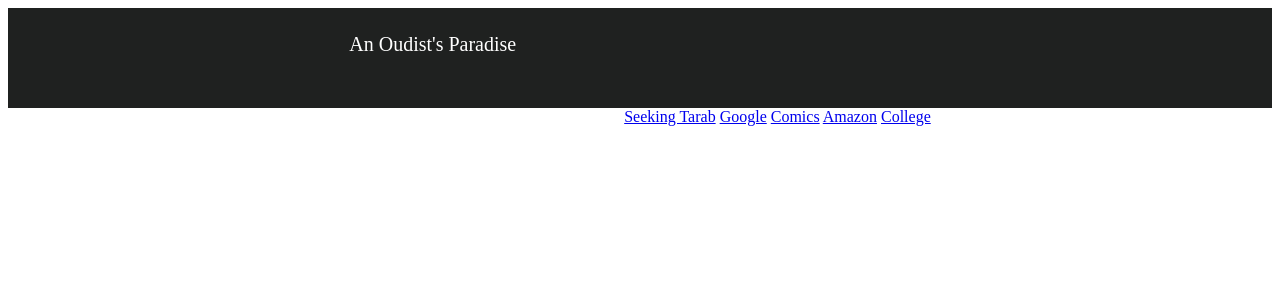
Repository: robvollmar/homework3
Page: index.html
The author's editor kept a record of every edit. The page is drawn from the files as they stood at one moment, then again after the next edit.
The browser window is 1280 px wide. The pictures show the whole page.

Above is the page before.

### index.html
<!DOCTYPE html>
<html>
    <head>
        <link type="text/css" rel="stylesheet" href="stylesheet.css"/>
        <title>An Oudist's Paradise</title>
    </head>
    <body>
        <div class="page">
            <div class="header">
                <div class="headertext">
                An Oudist's Paradise
                </div>

                <div class="headermenu">
                    <a href="http://oudstudent.tumblr.com">Seeking Tarab</a>
                    <a href="http://google.com">Google</a>
                    <a href="http://howlingatthegates.com">Comics</a>
                    <a href="http://amazon.com">Amazon</a>
                    <a href="http://usao.edu">College</a>
                </div>
            </div>
            <div class="body"></div>
            <div class="footer"></div>
        </div>
    </body>
</html>

### stylesheet.css
.page {
    max-width: 1280px;}
.header {
    width: 100%;
    height: 100px;
    background-color: #1F2120;
    }
.headertext {
    width:25%;
    height: 25px;
    color: white;
    font-size: 20px;
    margin-top:25px;
    margin-bottom:25px;
    float: left;
    margin-left: 27%;
}
.headermenu {
    width: 12%
    height: 25px;
    height: 25px;
    color: white;
    float: right;
    margin-right: 27%;
    margin-top:25px;
    margin-bottom:25px;
        }

After the next edit:
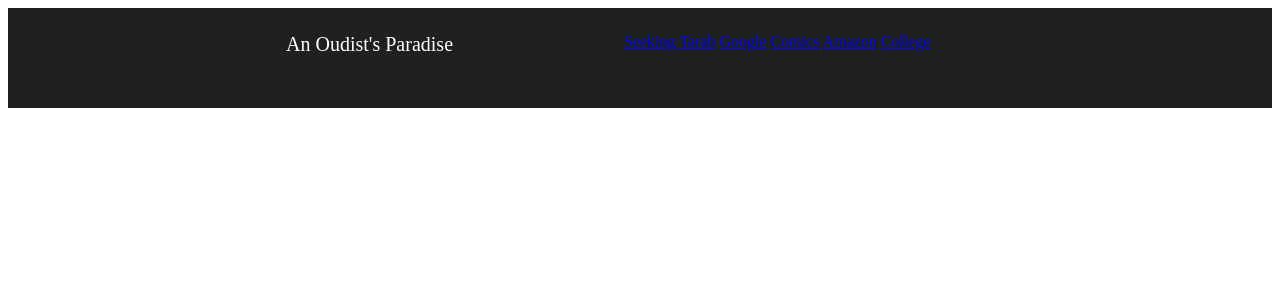
The edit:
--- a/stylesheet.css
+++ b/stylesheet.css
@@ -13,7 +13,7 @@
     margin-top:25px;
     margin-bottom:25px;
     float: left;
-    margin-left: 27%;
+    margin-left: 22%;
 }
 .headermenu {
     width: 12%
